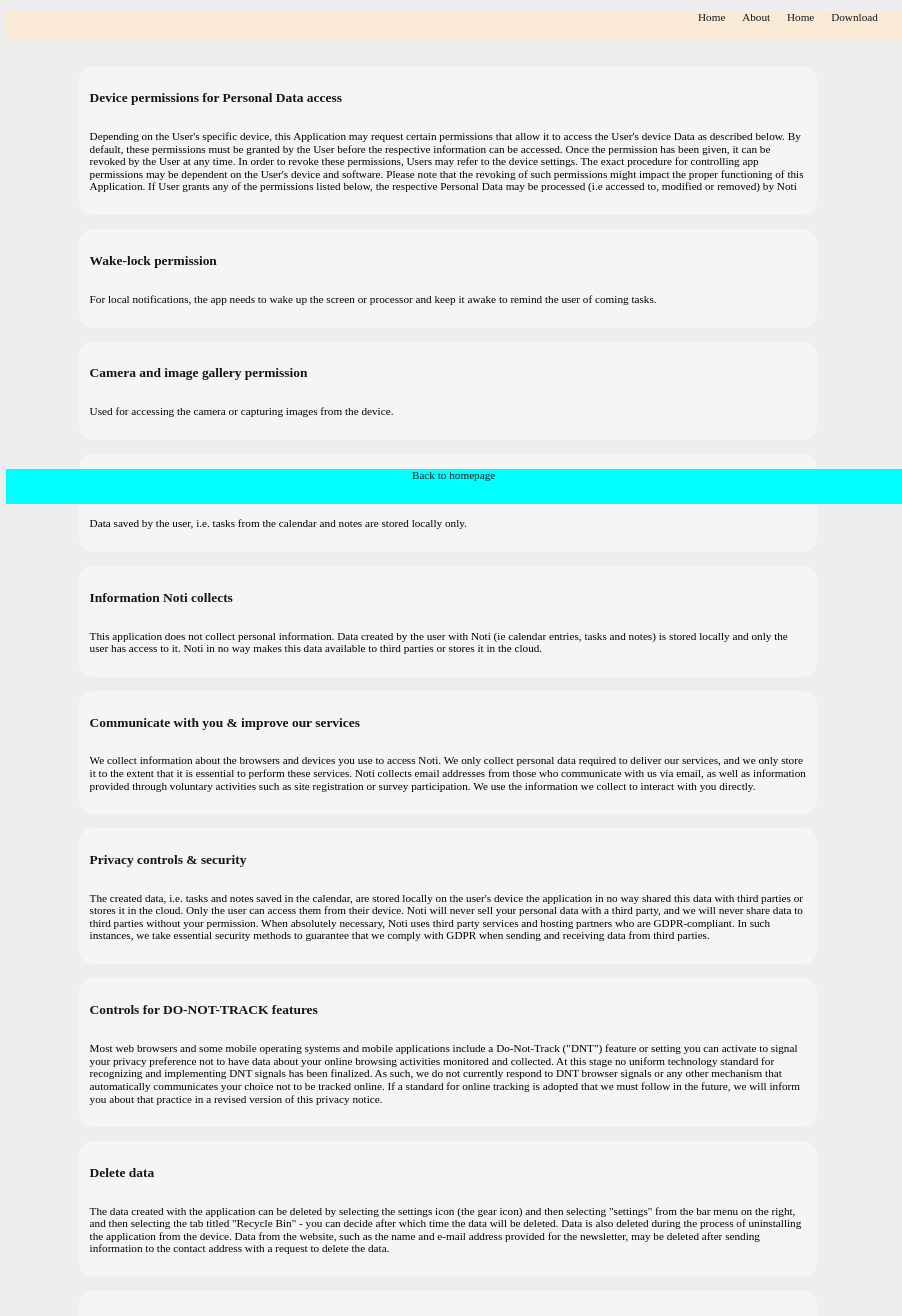
Repository: RafalSiuta/notiweb
Page: policy.html
The author's editor kept a copy of each file at every save. The page is drawn from the files as they stood at one save, then again after the next save.
The browser window is 1280 px wide. The page is 1288 px wide, so the pictures cover 1288 px, including what lies to the right of the window. The pictures show the part of the page from y = 0 to 1880 px (the page is 3010 px tall before and 3013 px after), at 70% of full size.

Above is the page before, as saved 2024-12-15 02:06:05.

After the next save:
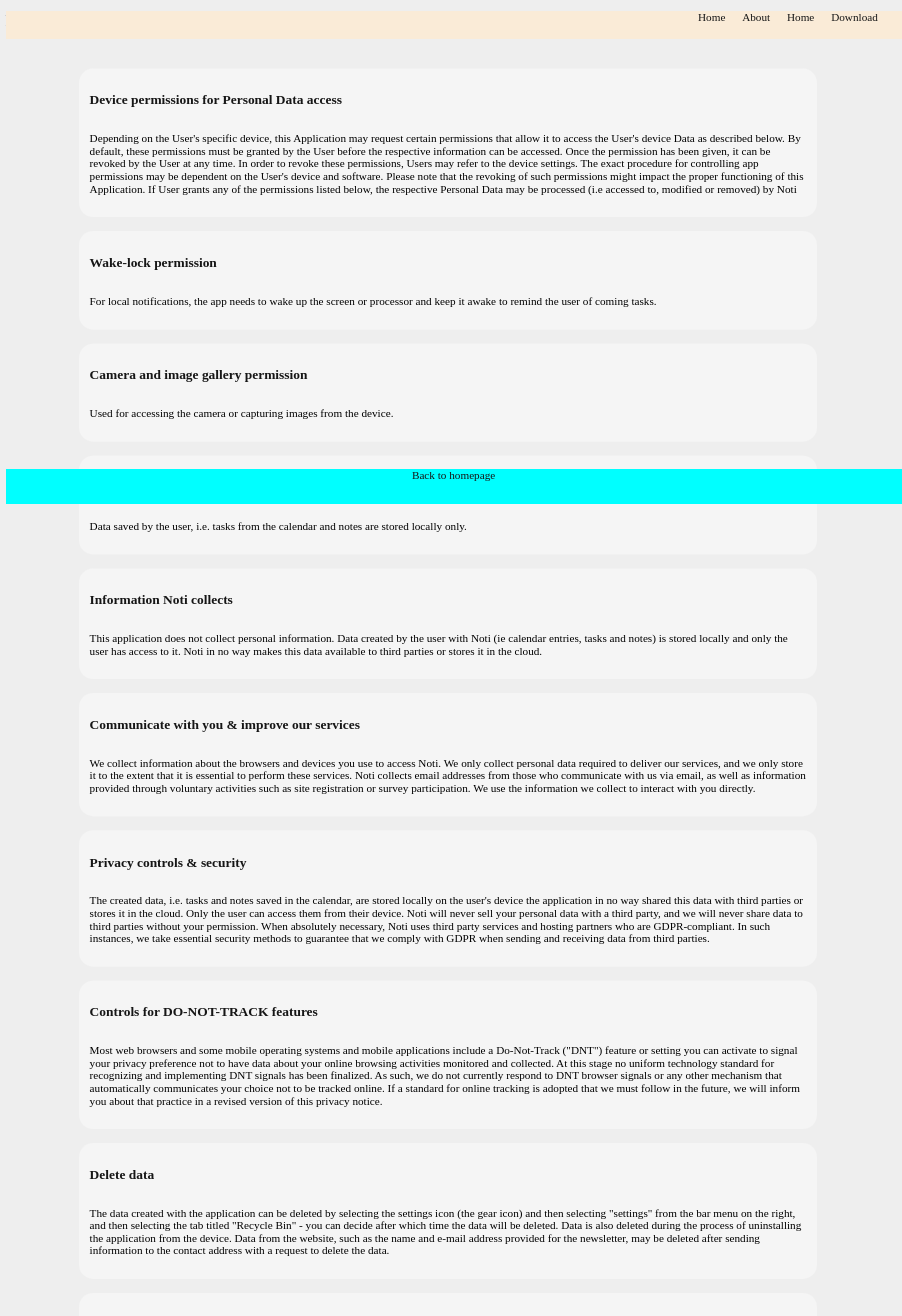
Saved 31 s later.
--- a/styles/styles.css
+++ b/styles/styles.css
@@ -44,6 +44,10 @@
     color: #161616;
 }
 
+h1{
+    font-size: 1.5em;
+}
+
 section{
     width: 100vw;
     height: 100vh;
